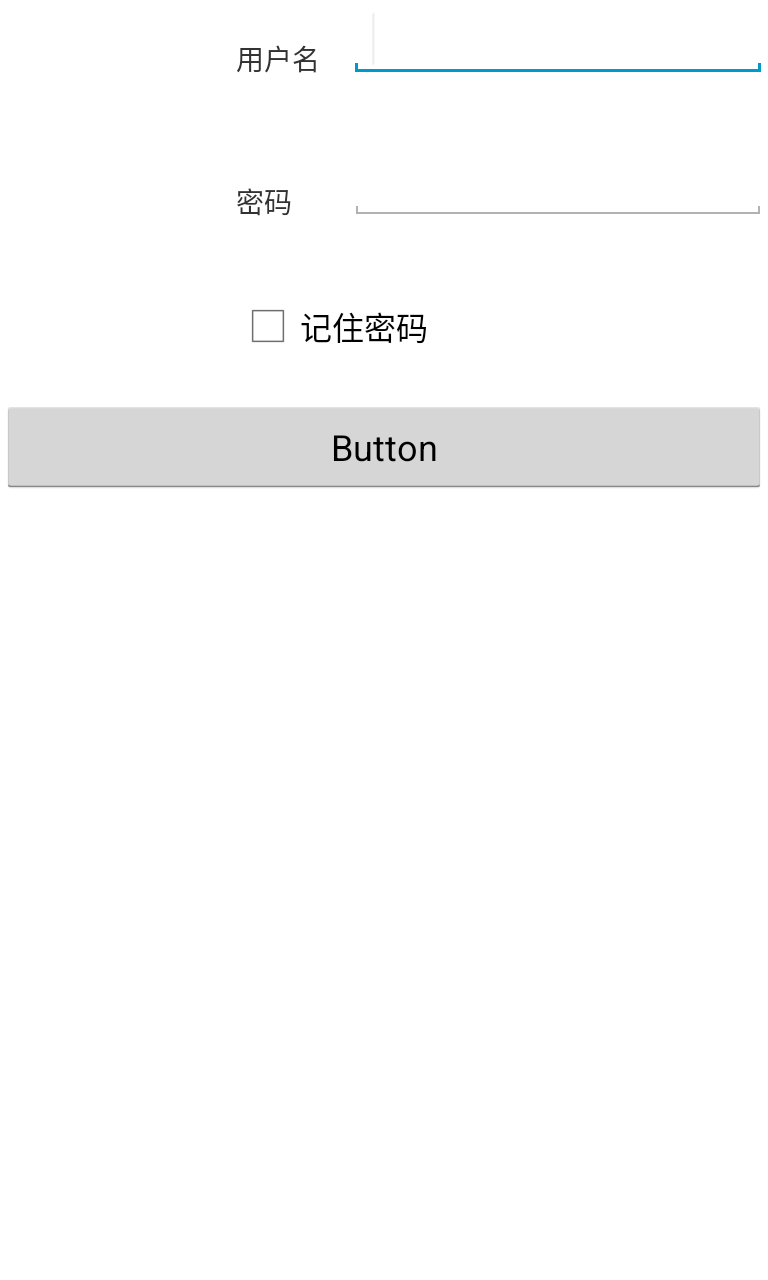
Repository: fengzixu/AndroidLearing
Layout: MyTestPrograme/AndroidDemo/res/layout/layout_save_login.xml
The author's editor kept a copy of each file at every save. The layout is drawn from the files as they stood at one save, then again after the next save.
It is drawn on a 768 x 1280 px phone screen (xhdpi) without system bars, with theme AppTheme; the app's code is not run.

Above is the layout before, as saved 2015-05-06 14:25:53.

### MyTestPrograme/AndroidDemo/res/layout/layout_save_login.xml
<?xml version="1.0" encoding="utf-8"?>
<RelativeLayout xmlns:android="http://schemas.android.com/apk/res/android"
    android:layout_width="match_parent"
    android:layout_height="match_parent" >

    <Button
        android:id="@+id/button1"
        android:layout_width="match_parent"
        android:layout_height="wrap_content"
        android:layout_alignParentLeft="true"
        android:layout_below="@+id/savelogin_name_textView1"
        android:layout_marginTop="160dp"
        android:text="Button" />

    <TextView
        android:id="@+id/savelogin_passwd_textView2"
        android:layout_width="wrap_content"
        android:layout_height="wrap_content"
        android:layout_alignBottom="@+id/savelogin_passwd_editText2"
        android:layout_alignLeft="@+id/savelogin_name_textView1"
        android:text="密码" />

    <EditText
        android:id="@+id/savelogin_name_editText1"
        android:layout_width="wrap_content"
        android:layout_height="wrap_content"
        android:layout_alignParentRight="true"
        android:ems="10" >

        <requestFocus />
    </EditText>

    <EditText
        android:id="@+id/savelogin_passwd_editText2"
        android:layout_width="wrap_content"
        android:layout_height="wrap_content"
        android:layout_alignParentRight="true"
        android:layout_below="@+id/savelogin_name_editText1"
        android:layout_marginTop="32dp"
        android:ems="10"
        android:inputType="textPassword" />

    <TextView
        android:id="@+id/savelogin_name_textView1"
        android:layout_width="wrap_content"
        android:layout_height="wrap_content"
        android:layout_alignBottom="@+id/savelogin_name_editText1"
        android:layout_marginRight="14dp"
        android:layout_toLeftOf="@+id/savelogin_passwd_editText2"
        android:text="用户名" />

    <CheckBox
        android:id="@+id/savelogin_checkBox1"
        android:layout_width="wrap_content"
        android:layout_height="wrap_content"
        android:layout_alignLeft="@+id/savelogin_passwd_textView2"
        android:layout_below="@+id/savelogin_passwd_textView2"
        android:layout_marginTop="36dp"
        android:text="记住密码" />

</RelativeLayout>

Loaded but not shown: MyTestPrograme/AndroidDemo/res/values/styles.xml (common file); MyTestPrograme/AndroidDemo/res/values-v11/styles.xml (common file); MyTestPrograme/AndroidDemo/res/values-v14/styles.xml (common file)

After the next save:
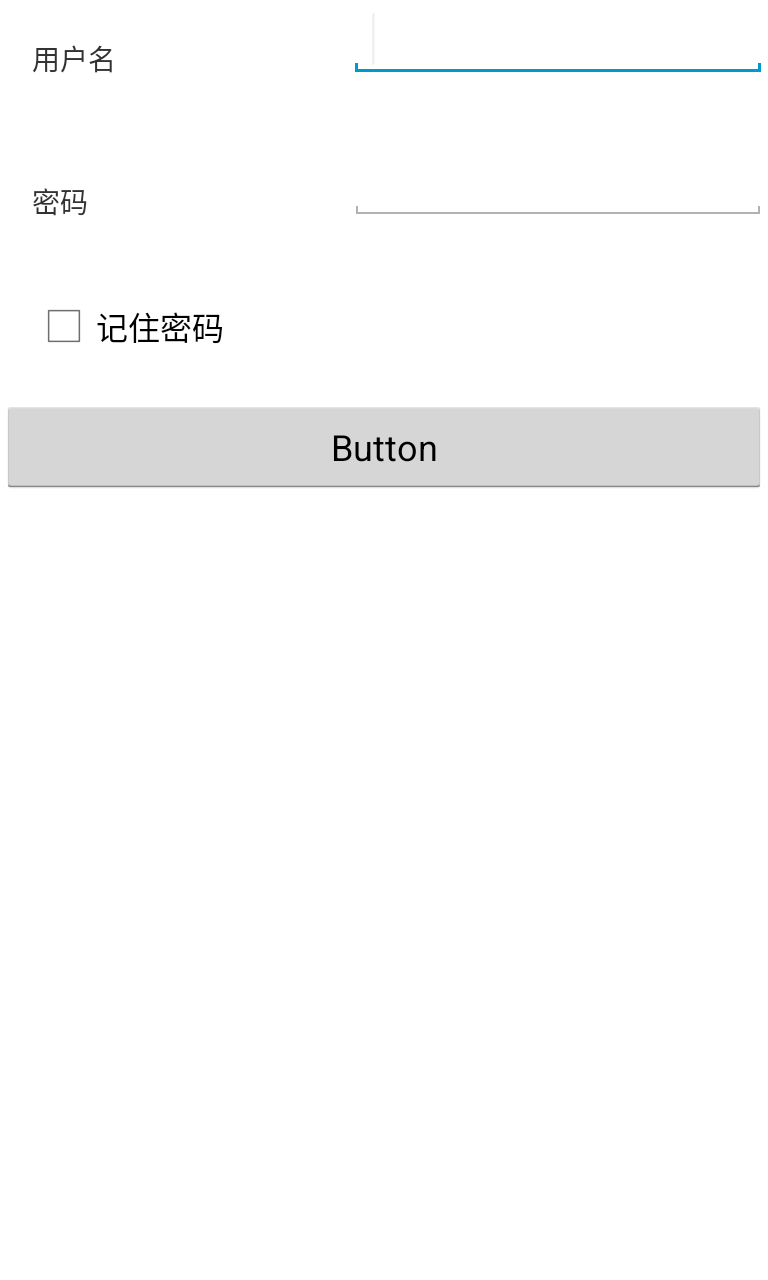
Saved 21 s later.
--- a/MyTestPrograme/AndroidDemo/res/layout/layout_save_login.xml
+++ b/MyTestPrograme/AndroidDemo/res/layout/layout_save_login.xml
@@ -18,6 +18,7 @@
         android:layout_height="wrap_content"
         android:layout_alignBottom="@+id/savelogin_passwd_editText2"
         android:layout_alignLeft="@+id/savelogin_name_textView1"
+        android:gravity="right"
         android:text="密码" />
 
     <EditText
@@ -40,15 +41,6 @@
         android:ems="10"
         android:inputType="textPassword" />
 
-    <TextView
-        android:id="@+id/savelogin_name_textView1"
-        android:layout_width="wrap_content"
-        android:layout_height="wrap_content"
-        android:layout_alignBottom="@+id/savelogin_name_editText1"
-        android:layout_marginRight="14dp"
-        android:layout_toLeftOf="@+id/savelogin_passwd_editText2"
-        android:text="用户名" />
-
     <CheckBox
         android:id="@+id/savelogin_checkBox1"
         android:layout_width="wrap_content"
@@ -58,4 +50,13 @@
         android:layout_marginTop="36dp"
         android:text="记住密码" />
 
+    <TextView
+        android:id="@+id/savelogin_name_textView1"
+        android:layout_width="wrap_content"
+        android:layout_height="wrap_content"
+        android:layout_alignBottom="@+id/savelogin_name_editText1"
+        android:layout_alignParentLeft="true"
+        android:layout_marginLeft="16dp"
+        android:text="用户名" />
+
 </RelativeLayout>
